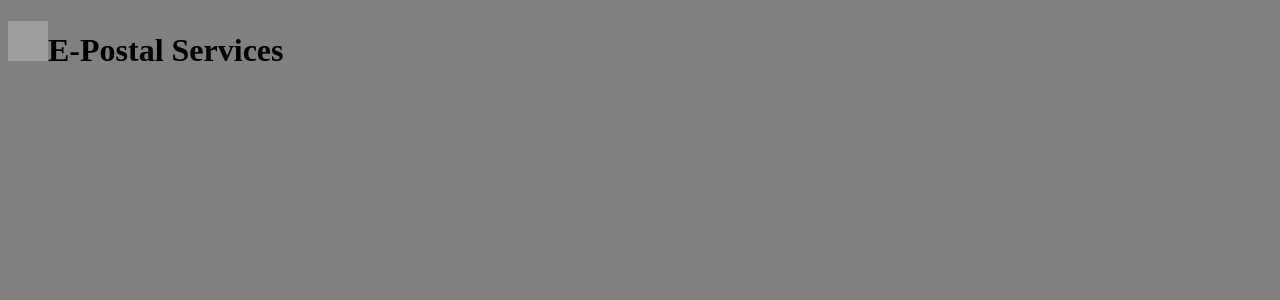
Repository: pratikmathur279/E-Postal-Services-1
Page: http://localhost/Project/header.jsp
An editor plug-in stored every save of this project. The page is shown before and after the next save, followed by the edit.
The browser window is 1280 px wide. The pictures show the whole page.
Pictures or frames that could not be fetched are drawn as grey boxes. The page is served by Tomcat 9. Other server files are loaded and not shown.

Above is the page before, as saved 2014-07-29 05:03:03.

### Project/WebContent/header.jsp
<%@ page language="java" contentType="text/html; charset=ISO-8859-1"
    pageEncoding="ISO-8859-1"%>
<!DOCTYPE html PUBLIC "-//W3C//DTD HTML 4.01 Transitional//EN" "http://www.w3.org/TR/html4/loose.dtd">
<html>
<head>
<meta http-equiv="Content-Type" content="text/html; charset=ISO-8859-1">
<title>Insert title here</title>
</head>
<body bgcolor="grey" background="">
<h1><img src="E:\Project\PostOffice_logo.png" height="40" width="40">E-Postal Services</h1>
</body>
</html>

After the next save:
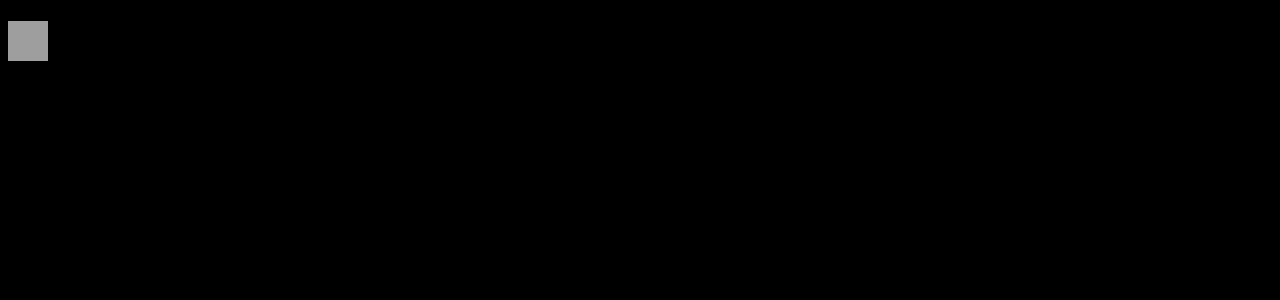
Saved 13 s later.
--- a/Project/WebContent/header.jsp
+++ b/Project/WebContent/header.jsp
@@ -6,7 +6,7 @@
 <meta http-equiv="Content-Type" content="text/html; charset=ISO-8859-1">
 <title>Insert title here</title>
 </head>
-<body bgcolor="grey" background="">
+<body bgcolor="black" background="">
 <h1><img src="E:\Project\PostOffice_logo.png" height="40" width="40">E-Postal Services</h1>
 </body>
 </html>
